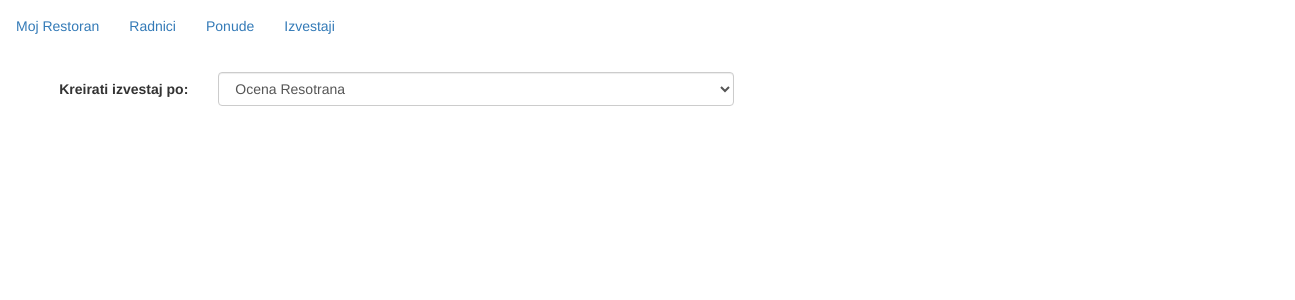
Repository: milanadam94/ISA-2016
Page: jpa-example/src/main/webapp/RestaurantManager/RestourantManagerReport.html
An editor plug-in stored every save of this project. The page is shown before and after the next save, followed by the edit.
The browser window is 1280 px wide. The page is 1295 px wide, so the pictures cover 1295 px, including what lies to the right of the window. The pictures show the whole page.
Some web libraries are served in a nearby version.

Above is the page before, as saved 2017-02-28 20:13:55.

After the next save:
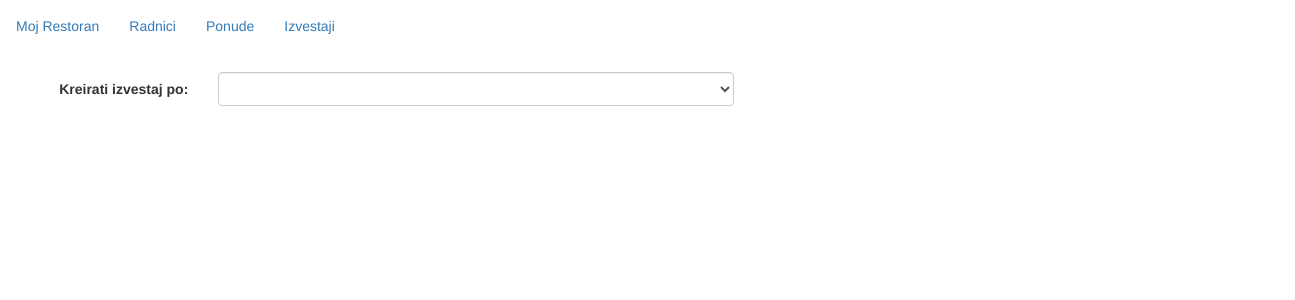
Saved 40 s later.
--- a/jpa-example/src/main/webapp/RestaurantManager/RestourantManagerReport.js
+++ b/jpa-example/src/main/webapp/RestaurantManager/RestourantManagerReport.js
@@ -27,7 +27,7 @@ restManager.controller('reportControler', [ '$scope', function($scope){
 	$scope.choosenOption = "";
 
 
-	$scope.setShows = function(ocenaRestoranaShow, jeluShow, konobaruShow, posecenostShow, prihodiShow, prihodiPoKonobaruShow) {
+	setShows = function(ocenaRestoranaShow, jeluShow, konobaruShow, posecenostShow, prihodiShow, prihodiPoKonobaruShow) {
 		$scope.ocenaRestoranaShow = ocenaRestoranaShow;
 		$scope.jeluShow = jeluShow;
 		$scope.konobaruShow = konobaruShow;
